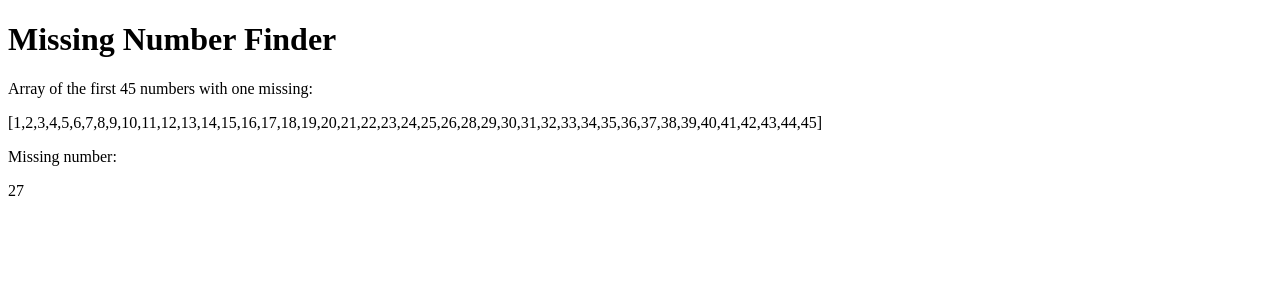
Repository: devblackie/missingNumberFinder
Page: index.html
The author's editor kept a copy of each file at every save. The page is drawn from the files as they stood at one save, then again after the next save.
The browser window is 1280 px wide. The pictures show the whole page.

Above is the page before, as saved 2023-08-23 15:01:08.

### index.html
<!DOCTYPE html>
<html lang="en">
  <head>
    <meta charset="UTF-8" />
    <meta name="viewport" content="width=device-width, initial-scale=1.0" />
    <title>Missing Integer Finder</title>
  </head>
  <body>
    <h1>Missing Number Finder</h1>

    <p>Array of the first 45 numbers with one missing:</p>
    <pr id="numbers"></pr>

    <p>Missing number:</p>
    <p id="missingNumber"></p>
    <script src="index.js"></script>
  </body>
</html>

### index.js
function findMissingNumber(arr) {
    const n = 45; // Total number of integers
    const totalSum = (n * (n + 1)) / 2; // Sum of the first n integers
    const arraySum = arr.reduce((acc, num) => acc + num, 0); // Sum of elements in the array

    return totalSum - arraySum;
  }

  const numbers = [
    1, 2, 3, 4, 5, 6, 7, 8, 9, 10, 11, 12, 13, 14, 15, 16, 17, 18, 19, 20, 21, 22,
    23, 24, 25, 26, 28, 29, 30, 31, 32, 33, 34, 35, 36, 37, 38, 39, 40, 41,
    42, 43, 44, 45,
  ]; // Array of the first 45 numbers with one missing
  const missingNumber = findMissingNumber(numbers);

  document.getElementById("numbers").textContent = JSON.stringify(numbers);
  document.getElementById("missingNumber").textContent = missingNumber;

  console.log("Missing number:", missingNumber);

After the next save:
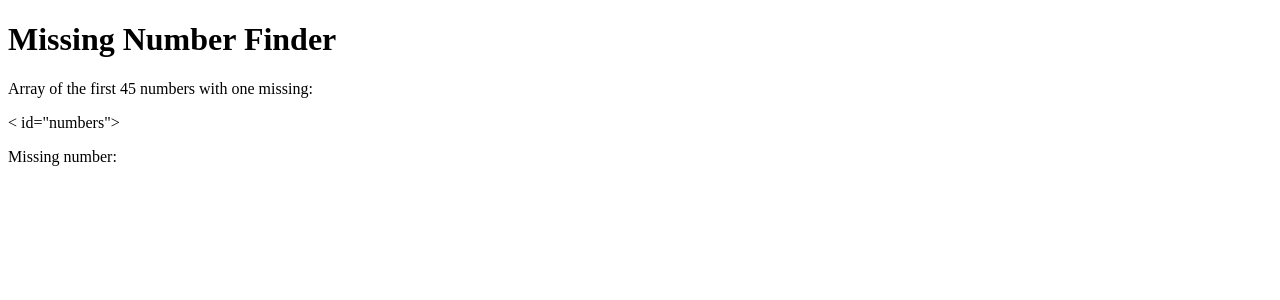
Console error: TypeError: Cannot set properties of null (setting 'textContent')
Saved 18 s later.
--- a/index.html
+++ b/index.html
@@ -9,7 +9,7 @@
     <h1>Missing Number Finder</h1>
 
     <p>Array of the first 45 numbers with one missing:</p>
-    <pr id="numbers"></pr>
+    < id="numbers"></>
 
     <p>Missing number:</p>
     <p id="missingNumber"></p>

After the save that followed:
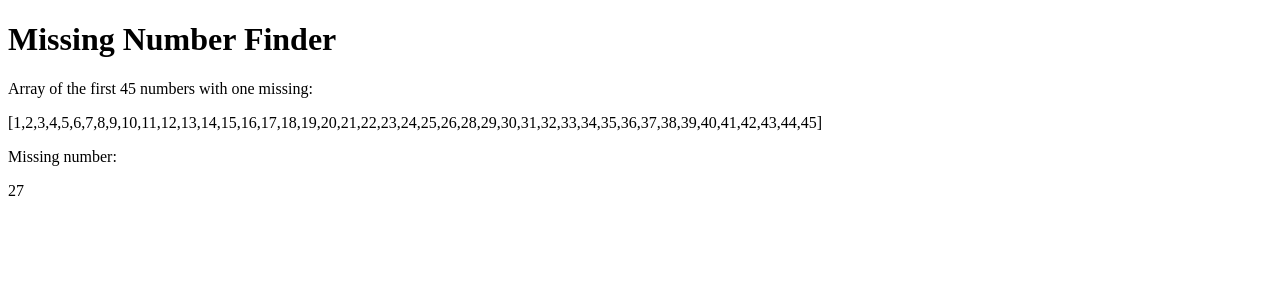
The error is gone.
Saved 5 s later.
--- a/index.html
+++ b/index.html
@@ -9,7 +9,7 @@
     <h1>Missing Number Finder</h1>
 
     <p>Array of the first 45 numbers with one missing:</p>
-    < id="numbers"></>
+    <d id="numbers"></d>
 
     <p>Missing number:</p>
     <p id="missingNumber"></p>
